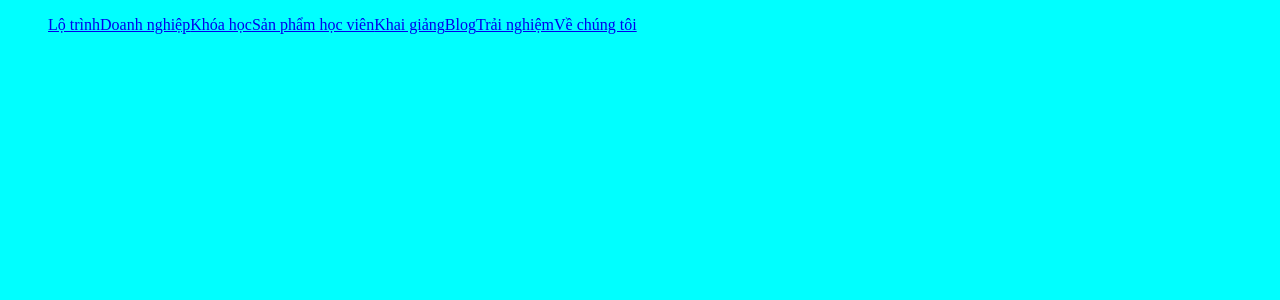
Repository: khanhnahk306/khanhnahk.github.io
Page: flexbox/html/megamenu.html
These files come from the project's save history. The page is drawn as it stood at one moment and after the next save; the edit follows.
The browser window is 1280 px wide. The pictures show the whole page.

Above is the page before, as saved 2022-01-28 10:41:28.

After the next save:
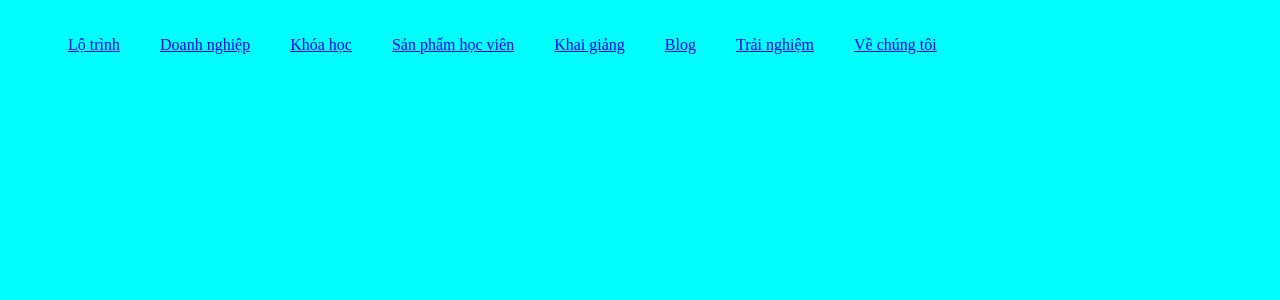
Saved 13 s later.
--- a/flexbox/css/megamenu.css
+++ b/flexbox/css/megamenu.css
@@ -8,4 +8,6 @@
     display: flex;
     list-style-type: none;
 }
-.nav
+.nav li{
+    padding: 20px;
+}
